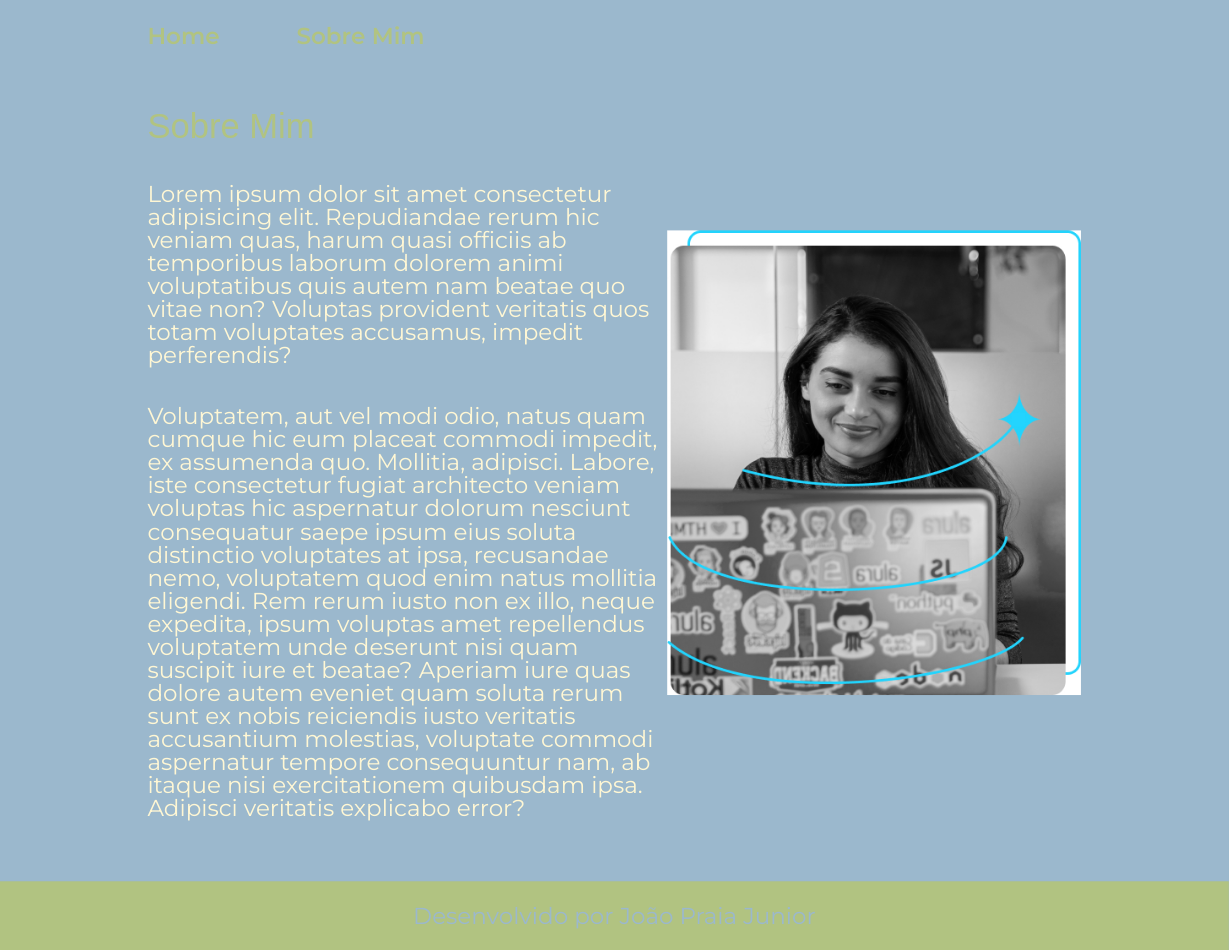
Repository: joaoPraiaJunior/html-basico
Page: about.html
These files come from the project's save history. The page is drawn as it stood at one moment and after the next save; the edit follows.
The browser window is 1280 px wide. The pictures show the whole page, at 96% of full size.
Some web fonts or font styles are not loaded; a fallback is used. Some web libraries are served in a nearby version.

Above is the page before, as saved 2024-06-06 22:08:48.

### about.html
<!DOCTYPE html>
<html lang="pt-BR" dir="ltr">
  <head>
    <meta charset="UTF-8" />
    <meta http-equiv="X-UA-Compatible" content="IE=edge" />
    <meta name="viewport" content="width=device-width, initial-scale=1.0" />
    <title>Sobre Mim</title>
    <link rel="stylesheet" href="css/reset.css" />
    <link rel="stylesheet" href="css/style.css" />
  </head>
  <body>
    <header class="cabecalho">
      <nav class="cabecalho__menu">
        <a class="cabecalho__link" href="index.html">Home</a>
        <a class="cabecalho__link" href="about.html">Sobre Mim</a>
      </nav>
    </header>

    <main class="apresentacao">
      <section class="apresentacao__conteudo">
        <h1 class="apresentacao__titulo">Sobre Mim</h1>
        <p class="apresentacao__texto">
          Lorem ipsum dolor sit amet consectetur adipisicing elit. Repudiandae
          rerum hic veniam quas, harum quasi officiis ab temporibus laborum
          dolorem animi voluptatibus quis autem nam beatae quo vitae non?
          Voluptas provident veritatis quos totam voluptates accusamus, impedit
          perferendis?
        </p>
        <p class="apresentacao__texto">
          Voluptatem, aut vel modi odio, natus quam cumque hic eum placeat
          commodi impedit, ex assumenda quo. Mollitia, adipisci. Labore, iste
          consectetur fugiat architecto veniam voluptas hic aspernatur dolorum
          nesciunt consequatur saepe ipsum eius soluta distinctio voluptates at
          ipsa, recusandae nemo, voluptatem quod enim natus mollitia eligendi.
          Rem rerum iusto non ex illo, neque expedita, ipsum voluptas amet
          repellendus voluptatem unde deserunt nisi quam suscipit iure et
          beatae? Aperiam iure quas dolore autem eveniet quam soluta rerum sunt
          ex nobis reiciendis iusto veritatis accusantium molestias, voluptate
          commodi aspernatur tempore consequuntur nam, ab itaque nisi
          exercitationem quibusdam ipsa. Adipisci veritatis explicabo error?
        </p>
      </section>
      <section class="apresentacao__imagem">
        <img src="images/Imagem.jpg" alt="foto da joana santos programando!" />
      </section>
    </main>

    <footer class="rodape"><p>Desenvolvido por João Praia Junior</p></footer>
  </body>
  <script
    src="https://kit.fontawesome.com/c4ee7a6e8c.js"
    crossorigin="anonymous"
  ></script>
</html>

### css/reset.css
/* http://meyerweb.com/eric/tools/css/reset/
   v2.0 | 20110126
   License: none (public domain)
*/

* {
    box-sizing: border-box;
}

html, body, div, span, applet, object, iframe,
h1, h2, h3, h4, h5, h6, p, blockquote, pre,
a, abbr, acronym, address, big, cite, code,
del, dfn, em, img, ins, kbd, q, s, samp,
small, strike, strong, sub, sup, tt, var,
b, u, i, center,
dl, dt, dd, ol, ul, li,
fieldset, form, label, legend,
table, caption, tbody, tfoot, thead, tr, th, td,
article, aside, canvas, details, embed,
figure, figcaption, footer, header, hgroup,
menu, nav, output, ruby, section, summary,
time, mark, audio, video {
	margin: 0;
	padding: 0;
	border: 0;
	font: inherit;
	vertical-align: baseline;
}
/* HTML5 display-role reset for older browsers */
article, aside, details, figcaption, figure,
footer, header, hgroup, menu, nav, section {
	display: block;
}
body {
	line-height: 1;
}
ol, ul {
	list-style: none;
}
blockquote, q {
	quotes: none;
}
blockquote:before, blockquote:after,
q:before, q:after {
	content: '';
	content: none;
}
table {
	border-collapse: collapse;
	border-spacing: 0;
}

### css/style.css
@import url('https://fonts.googleapis.com/css2?family=Krona+One&family=Montserrat:wght@400;600&display=swap');

:root {
  --cor-primaria: #9BB8CD;
  --cor-secundaria: #FFF7D4;
  --cor-terciaria: #B1C381;
  --cor-hover: #EEC759;

  --fonte-primaria: 'Krona One', sans-serif;
  --font-secundaria: 'Montserrat', sans-serif;
}

html {
  font-size: 62.5%;
}

body {
  color: var(--cor-secundaria);
  background-color: var(--cor-primaria);
  font-size: 1.6rem;
}

.cabecalho {
  padding: 2% 0 0 12%;
}

.cabecalho__menu {
  display: flex;
  column-gap: 80px;
}

.cabecalho__link {
  font-family: 'Montserrat', sans-serif;
  font-size: 2.4rem;
  font-weight: 600;
  text-decoration: none;
  color: var(--cor-terciaria);
}

.apresentacao {
  padding: 5% 12%;
  display: flex;
  justify-content: space-between;
  align-items: center;
}

.apresentacao__conteudo {
  display:flex;
  flex-direction: column;
  width: 615px;
  gap: 40px;
}

.apresentacao__titulo {
  color: var(--cor-terciaria);
  font-family: var(--fonte-primaria);
  font-size: 3.6rem;
}

.apresentacao__subtitulo{
  font-family: var(--fonte-primaria);
  font-size: 2.4rem;
  font-weight: 400;
}

.apresentacao__texto {
  font-family: var(--font-secundaria);
  font-size: 2.4rem;
}

.apresentacao__links {
  display: flex;
  flex-direction: column;
  justify-content: space-between;
  align-items: center;
  row-gap: 32px;
}

.apresentacao__link {
  display:flex;
  justify-content: center;
  column-gap: 8px;
  color: var(--cor-primaria);
  background-color: var(--cor-terciaria);
  font-family: var(--font-secundaria);
  font-size: 2.4rem;
  font-weight: 600;
  padding: 21.5px 0;
  width: 378px;
  border-radius: 8px;
  text-align: center;
  text-decoration: none;
}

.apresentacao__link--transparente {
  color: var(--cor-secundaria);
  background-color: transparent;
  border: 2px solid var(--cor-terciaria);
  transition: all .5s ease-in-out;
}

.apresentacao__link--transparente:hover {
  background-color: var(--cor-hover)
}

.apresentacao__link--transparente .fa-brands {
  transition: color .5s ease-in-out;
}

.apresentacao__link--transparente:hover .fa-brands {
  color: var(--cor-terciaria);
}

.apresentacao__imagem img {
  max-width: 100%;
}

.rodape {
  font-family: var(--font-secundaria);
  font-size: 2.4rem;
  font-weight: 400;
  color: var(--cor-primaria);
  background-color: var(--cor-terciaria);
  padding: 24px;
  text-align: center;
}

After the next save:
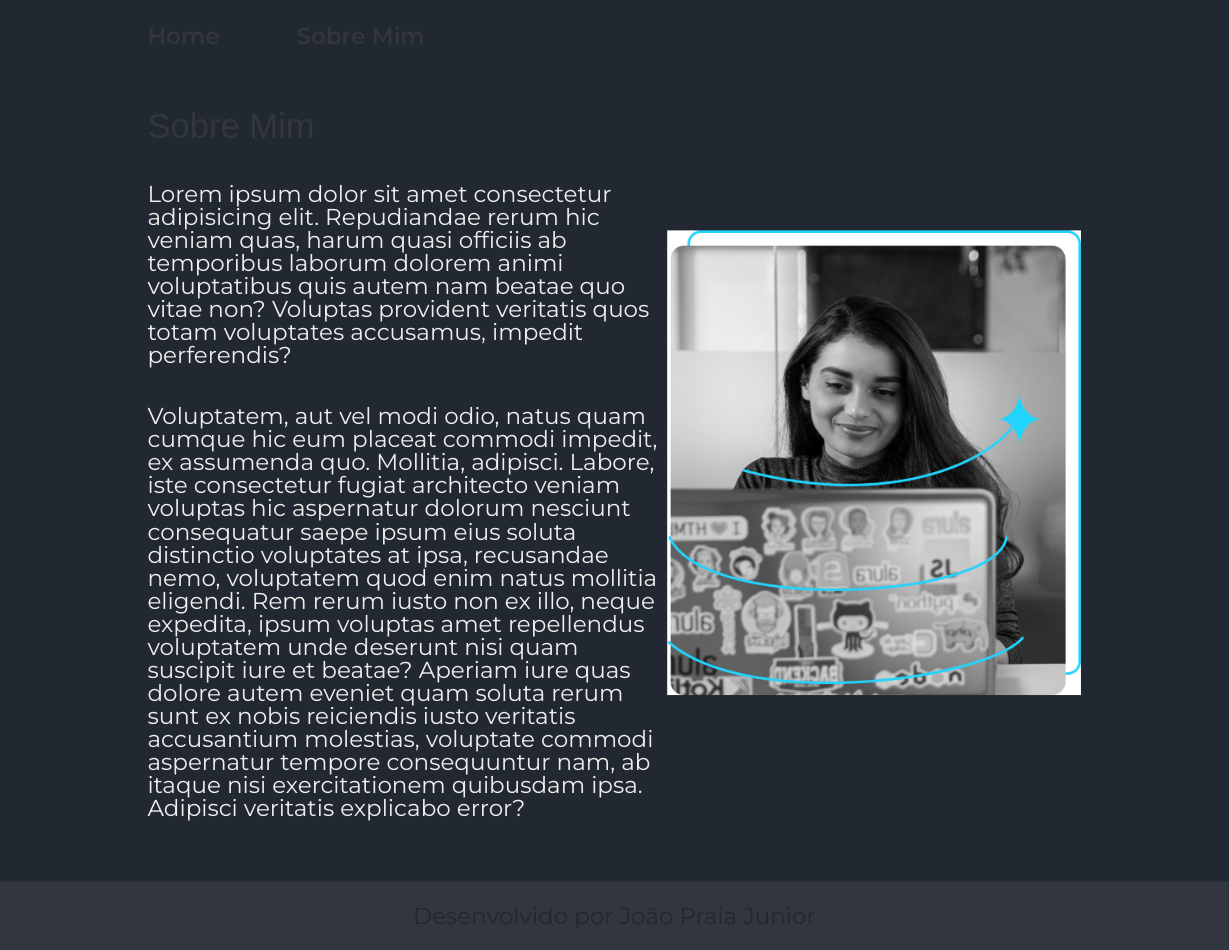
Saved 89 s later.
--- a/css/style.css
+++ b/css/style.css
@@ -1,10 +1,10 @@
 @import url('https://fonts.googleapis.com/css2?family=Krona+One&family=Montserrat:wght@400;600&display=swap');
 
 :root {
-  --cor-primaria: #9BB8CD;
-  --cor-secundaria: #FFF7D4;
-  --cor-terciaria: #B1C381;
-  --cor-hover: #EEC759;
+  --cor-primaria: #222831;
+  --cor-secundaria: #EEEEEE;
+  --cor-terciaria: #31363F;
+  --cor-hover: #76ABAE;
 
   --fonte-primaria: 'Krona One', sans-serif;
   --font-secundaria: 'Montserrat', sans-serif;
